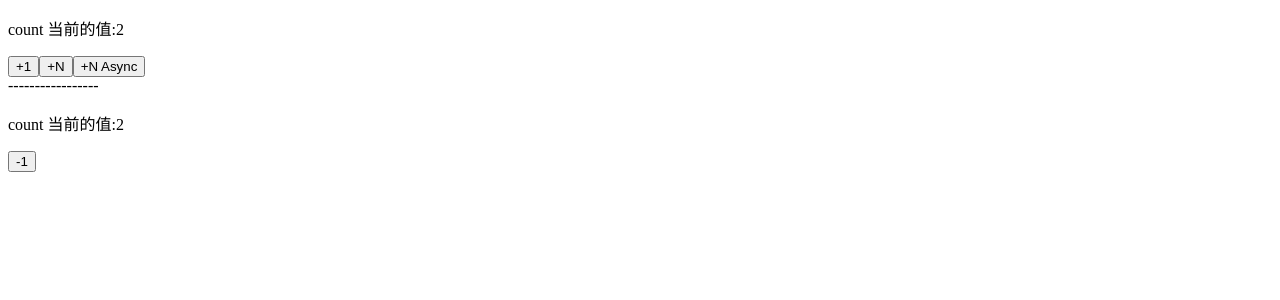
Repository: minika1020/miniprogram
Page: / (app in Desktop/vuex/vuex_demo/)
These files come from the project's save history. The page is drawn as it stood at one moment and after the next save; the edit follows.
The browser window is 1280 px wide. The pictures show the whole page.
The project was rebuilt for these pictures with package versions that can differ from the ones it lists, and the page was loaded fresh each time.

Above is the page before, as saved 2021-03-18 12:40:14.

After the next save:
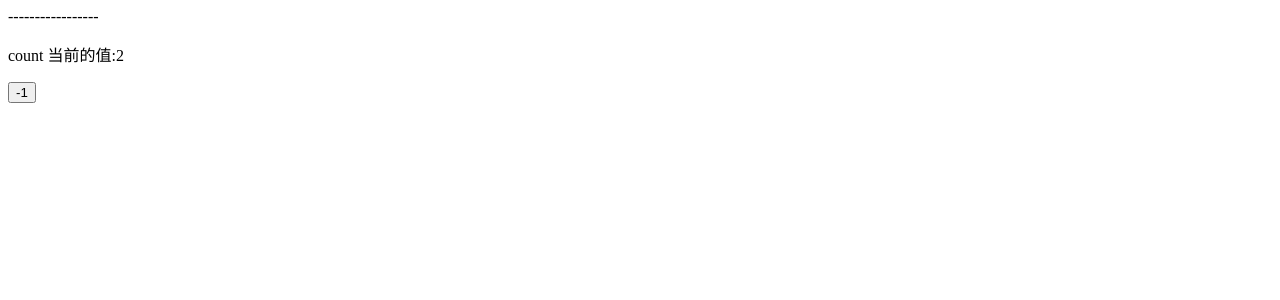
Saved 37 s later.
--- a/Desktop/vuex/vuex_demo/src/components/add.vue
+++ b/Desktop/vuex/vuex_demo/src/components/add.vue
@@ -1,7 +1,8 @@
 <template>
   <div>
     <!-- <p> count 当前的值:{{count}}</p> -->
-    <p> count 当前的值:{{$store.state.count}}</p>
+    <!-- <p> count 当前的值:{{$store.state.count}}</p> -->
+    <p> count 当前的值:{{$store.gettters.showNum}}</p>
 
     <button @click="btnhandle1">+1</button>
     <button @click="btnhandle2">+N</button>

After the 2 saves that followed:
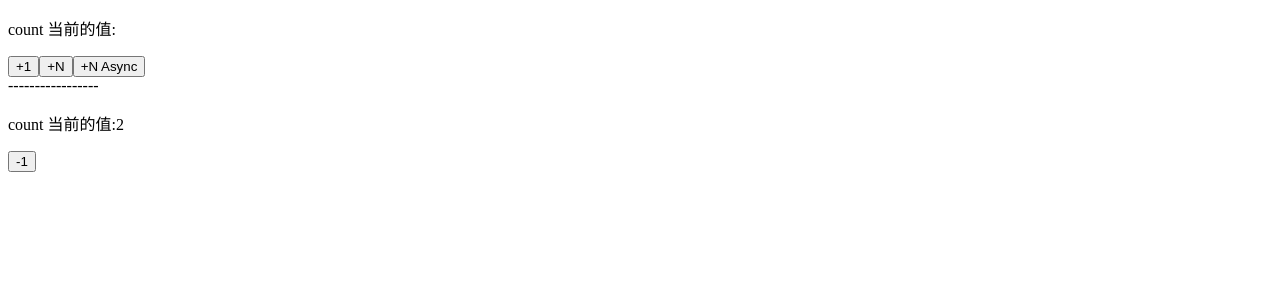
The 2 saves are shown as one change because 1 left the picture as it was.
The last was saved 30 s later.
--- a/Desktop/vuex/vuex_demo/src/components/add.vue
+++ b/Desktop/vuex/vuex_demo/src/components/add.vue
@@ -2,7 +2,7 @@
   <div>
     <!-- <p> count 当前的值:{{count}}</p> -->
     <!-- <p> count 当前的值:{{$store.state.count}}</p> -->
-    <p> count 当前的值:{{$store.gettters.showNum}}</p>
+    <p> count 当前的值:{{$store.gettters}}</p>
 
     <button @click="btnhandle1">+1</button>
     <button @click="btnhandle2">+N</button>
